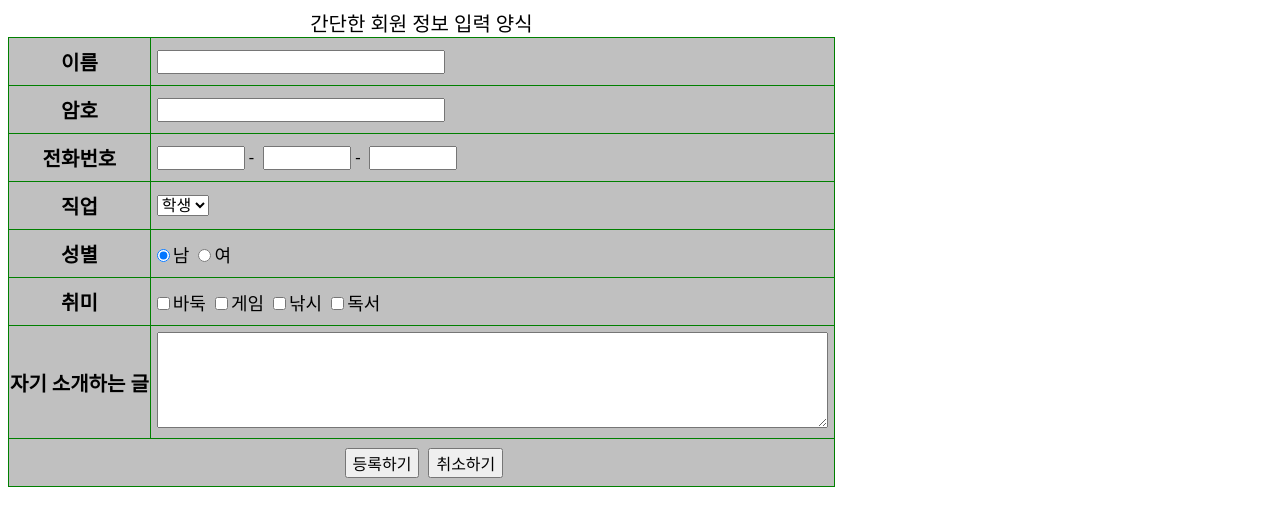
Repository: yoonanet/Web_Workspaces
Page: JavaScript/src/main/webapp/quiz/3.8_quiz.html
The author's editor kept a copy of each file at every save. The page is drawn from the files as they stood at one save, then again after the next save.
The browser window is 1280 px wide. The pictures show the whole page.

Above is the page before, as saved 2023-03-12 11:52:27.

After the next save:
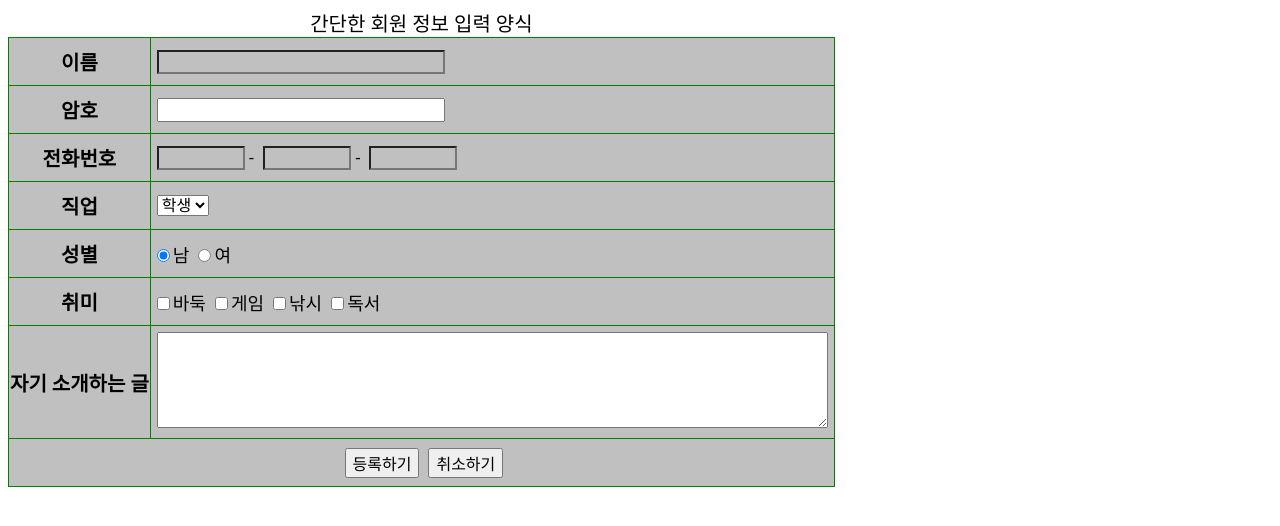
Saved 105 s later.
--- a/JavaScript/src/main/webapp/quiz/3.8_quiz.html
+++ b/JavaScript/src/main/webapp/quiz/3.8_quiz.html
@@ -37,6 +37,7 @@
 	}
 
 	input[type=text] {
+		background-color:transparent;
 		font-size:16px;
 		width:80px;
 	}
@@ -48,8 +49,6 @@
 	label {
 		font-size:18px;
 	}
-
-
 
 	#btn {
 		text-align:center;

After the save that followed:
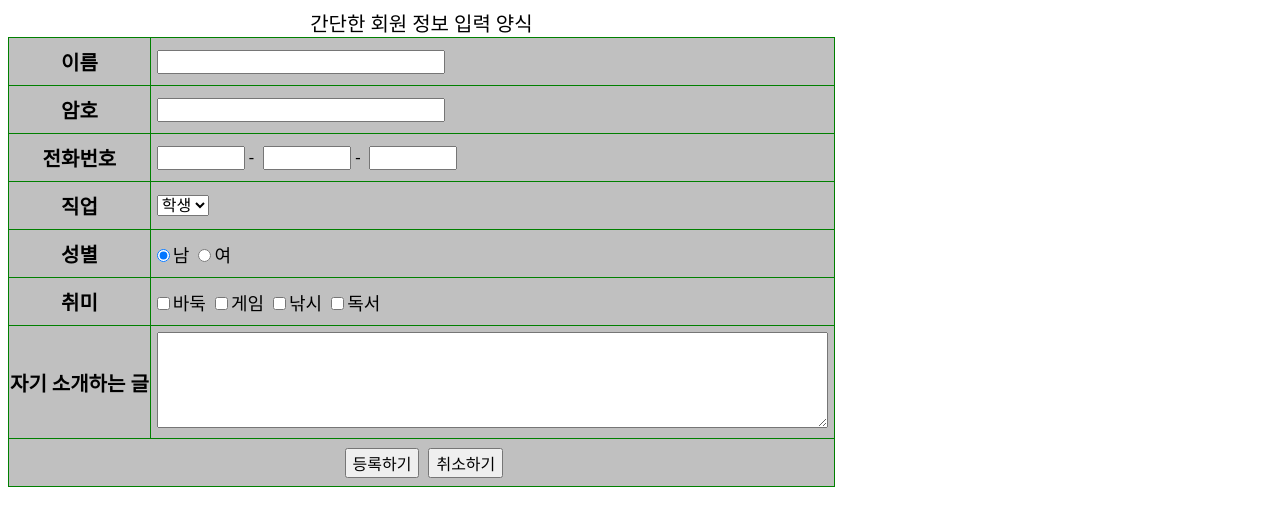
Saved 2 min 37 s later.
--- a/JavaScript/src/main/webapp/quiz/3.8_quiz.html
+++ b/JavaScript/src/main/webapp/quiz/3.8_quiz.html
@@ -37,9 +37,12 @@
 	}
 
 	input[type=text] {
-		background-color:transparent;
 		font-size:16px;
 		width:80px;
+	}
+
+	input[type=text]:focus {
+		background-color: rgb(227, 242, 253);
 	}
 
 	#name, input[type=password] {
